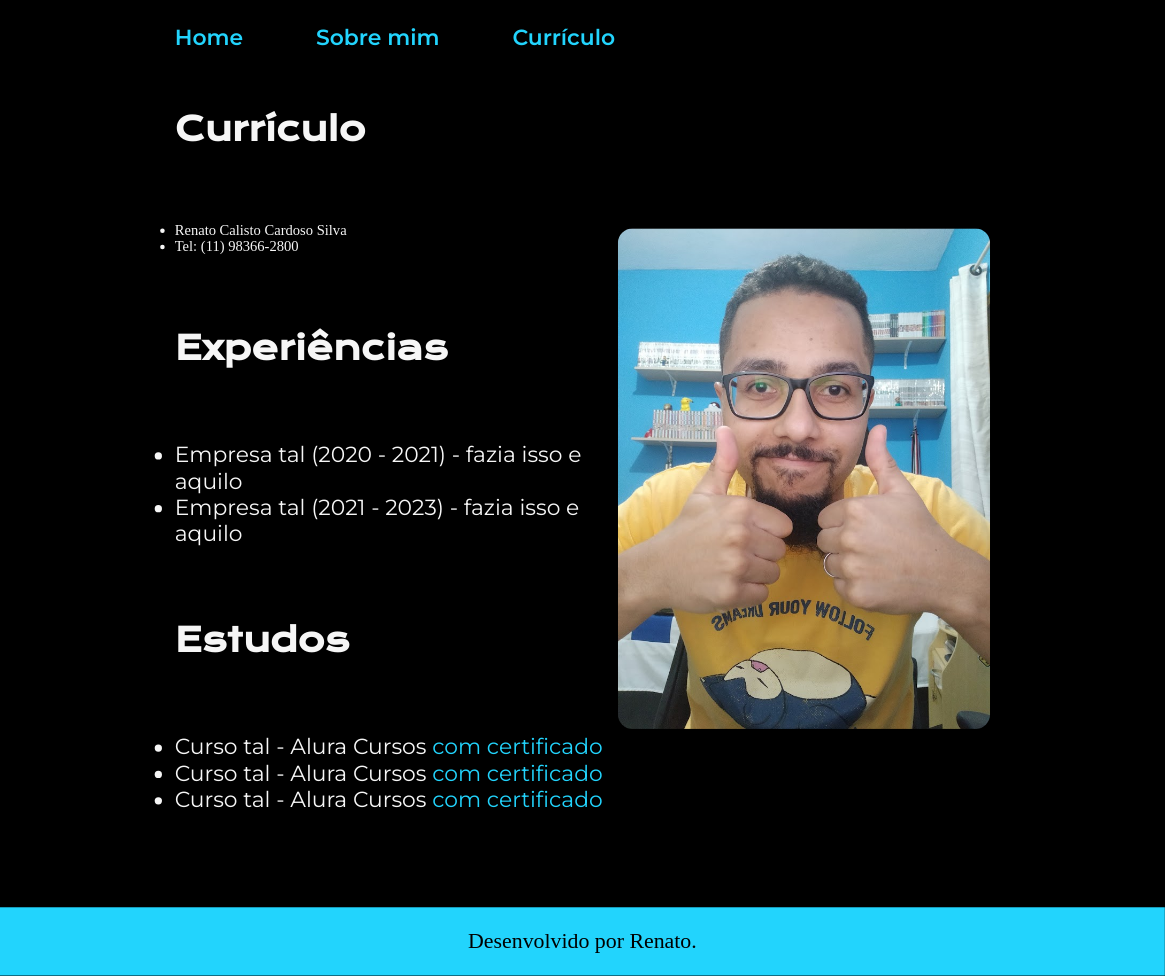
Repository: RenatoCCS/Portfolio_Alura
Page: curriculo.html
The author's editor kept a copy of each file at every save. The page is drawn from the files as they stood at one save, then again after the next save.
The browser window is 1280 px wide. The pictures show the whole page, at 91% of full size.

Above is the page before, as saved 2023-03-06 20:24:50.

After the next save:
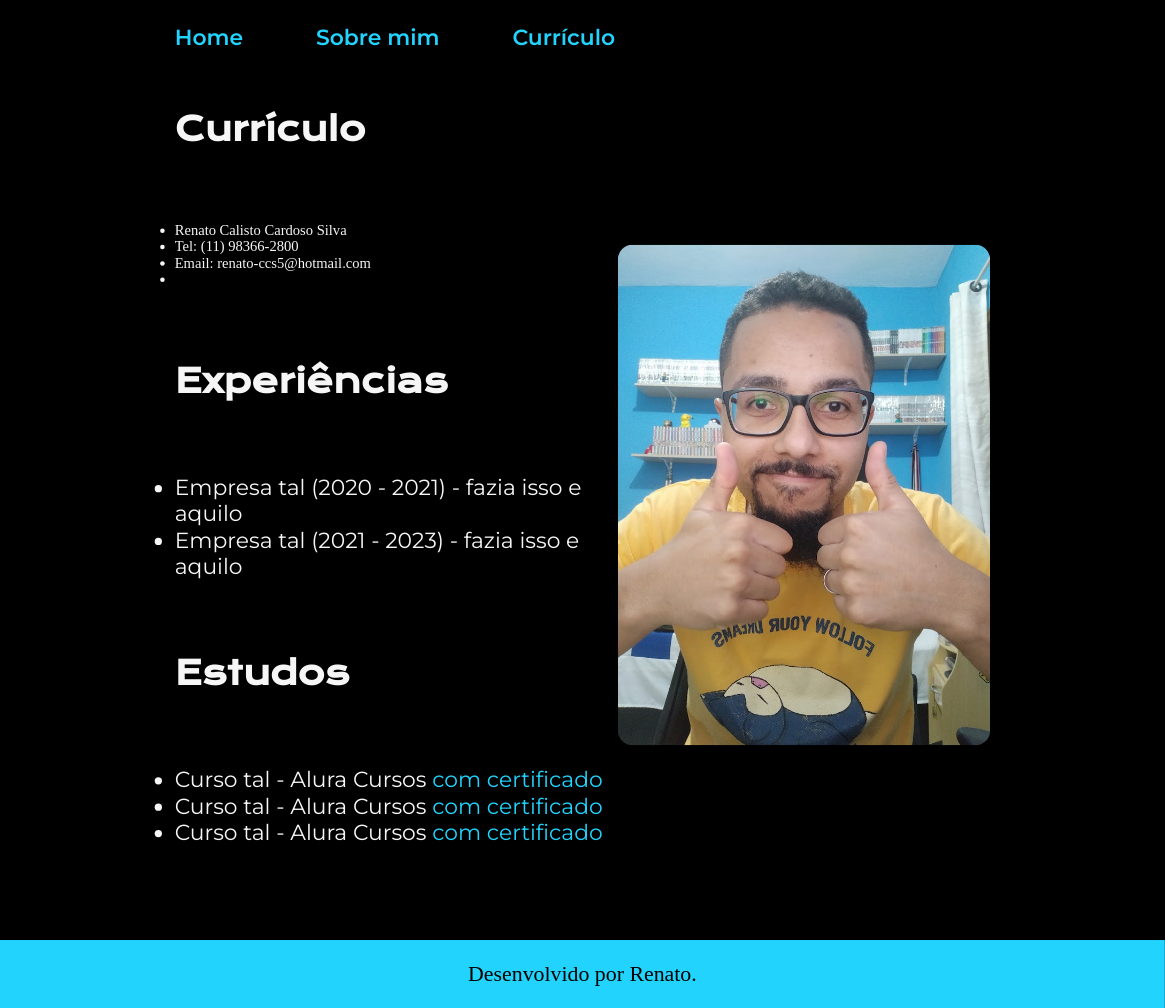
Saved 30 s later.
--- a/curriculo.html
+++ b/curriculo.html
@@ -24,7 +24,8 @@
               <ul>
                 <li>Renato Calisto Cardoso Silva</li>
                 <li>Tel: (11) 98366-2800</li>
-
+                <li>Email: renato-ccs5@hotmail.com</li>
+                <li></li>
               </ul>
           </p>
           <h2 class="apresentacao__conteudo__titulo">Experiências</h2>
